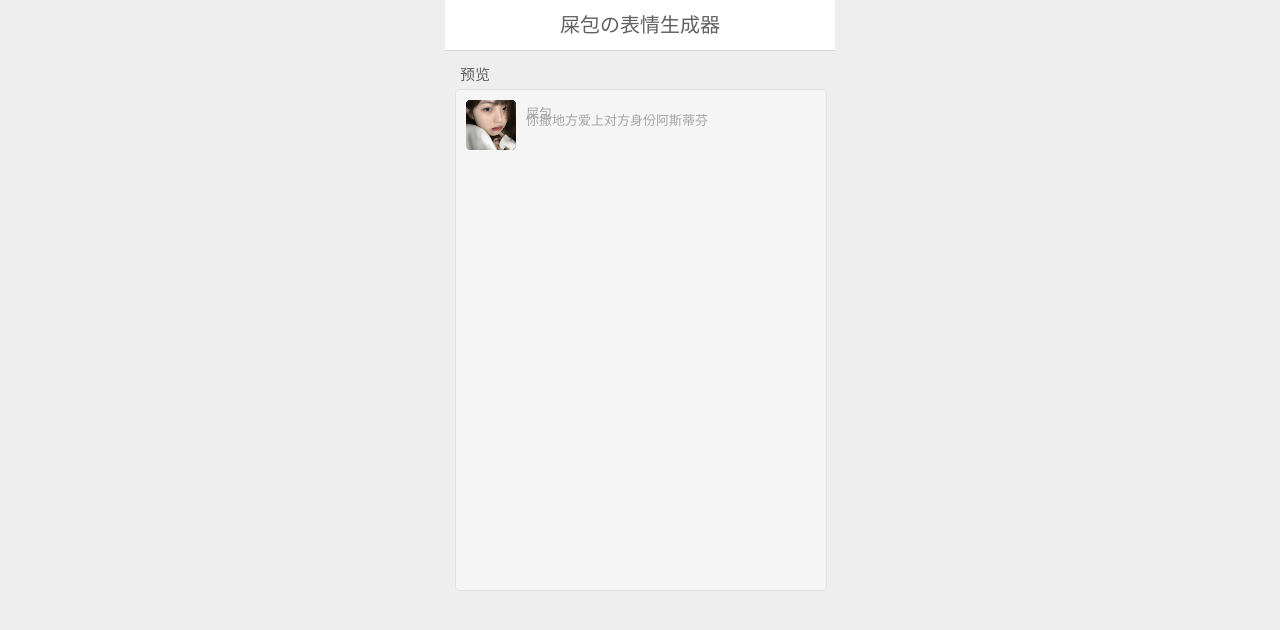
Repository: long-zuyang/shibao
Page: /
The author's editor kept a copy of each file at every save. The page is drawn from the files as they stood at one save, then again after the next save.
The browser window is 1280 px wide. The pictures show the whole page.
The project was rebuilt for these pictures with package versions that can differ from the ones it lists, and the page was loaded fresh each time. Also part of the build but not shown: vite.config.ts.

Above is the page before, as saved 2023-06-30 04:36:19.

After the next save:
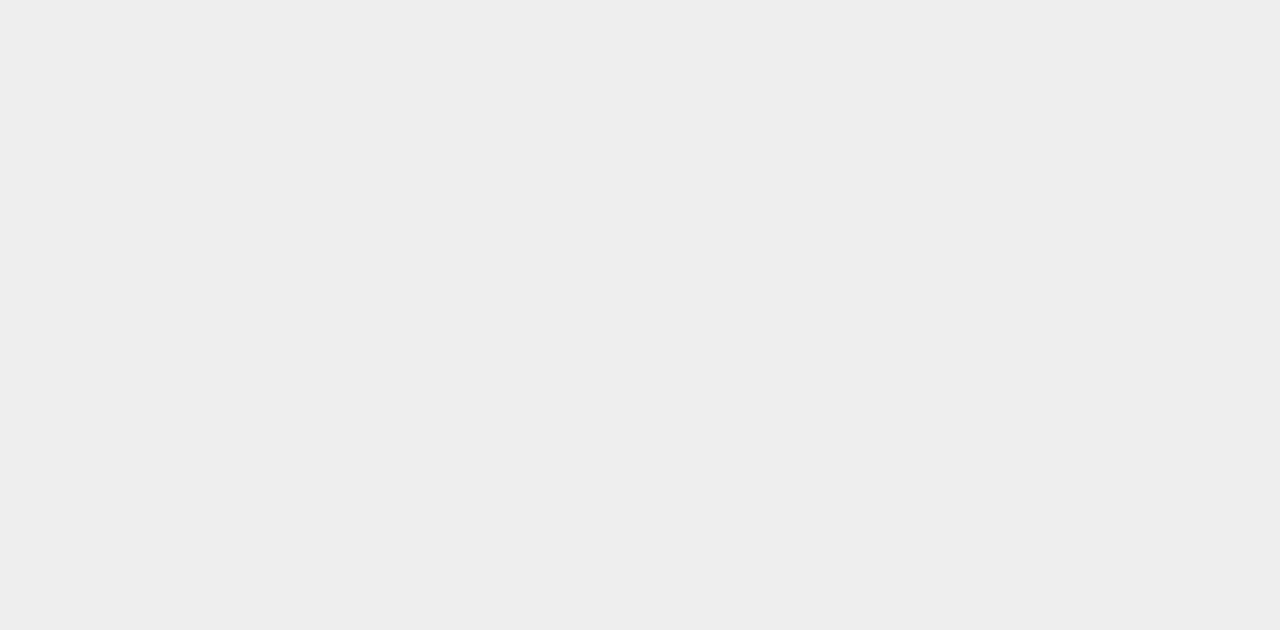
Console error: TypeError: Cannot read properties of undefined (reading 'fillText')
Saved 28 s later.
--- a/src/components/CanvasDraw.tsx
+++ b/src/components/CanvasDraw.tsx
@@ -150,6 +150,8 @@
     const _imgStartY = 10 + nickNameHeight + 10;
 
     // 渲染
+context.
+
     context.fillText('你撒地方爱上对方身份阿斯蒂芬', _imgStartX, _imgStartY);
 
     console.log(_imgStartX, _imgStartY);

After the 4 saves that followed:
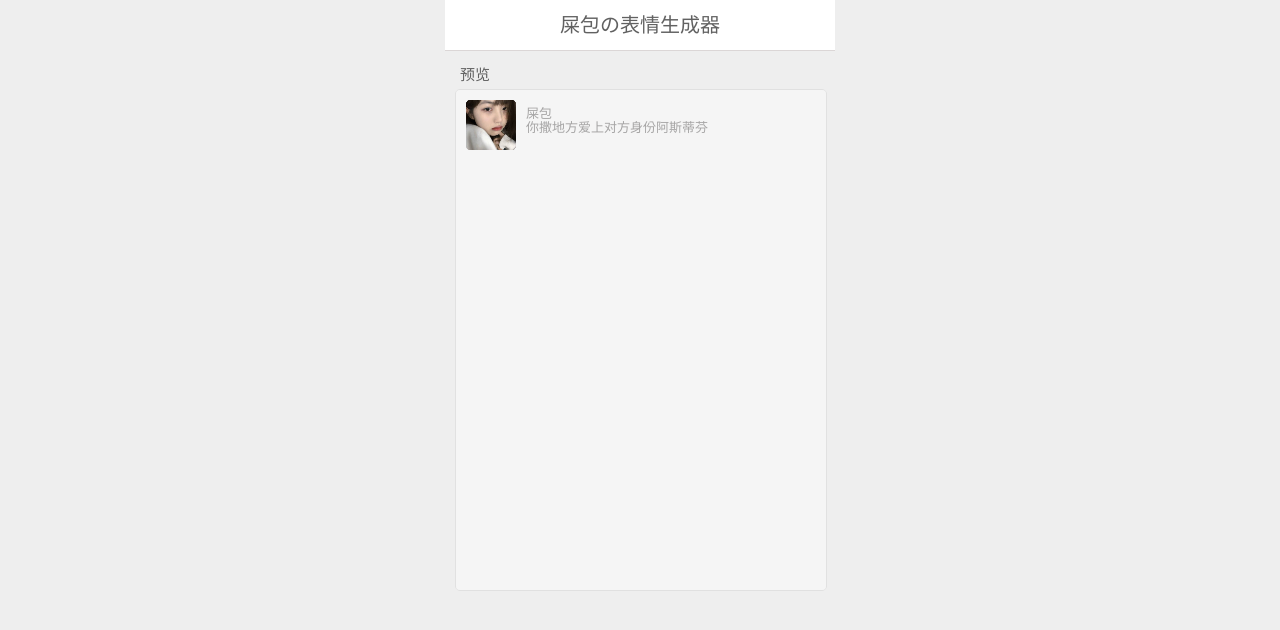
The error is gone.
The 4 saves are shown as one change because they came seconds apart.
The last was saved 46 s later.
--- a/src/components/CanvasDraw.tsx
+++ b/src/components/CanvasDraw.tsx
@@ -150,7 +150,7 @@
     const _imgStartY = 10 + nickNameHeight + 10;
 
     // 渲染
-context.
+    context.textBaseline = 'top';
 
     context.fillText('你撒地方爱上对方身份阿斯蒂芬', _imgStartX, _imgStartY);
 
